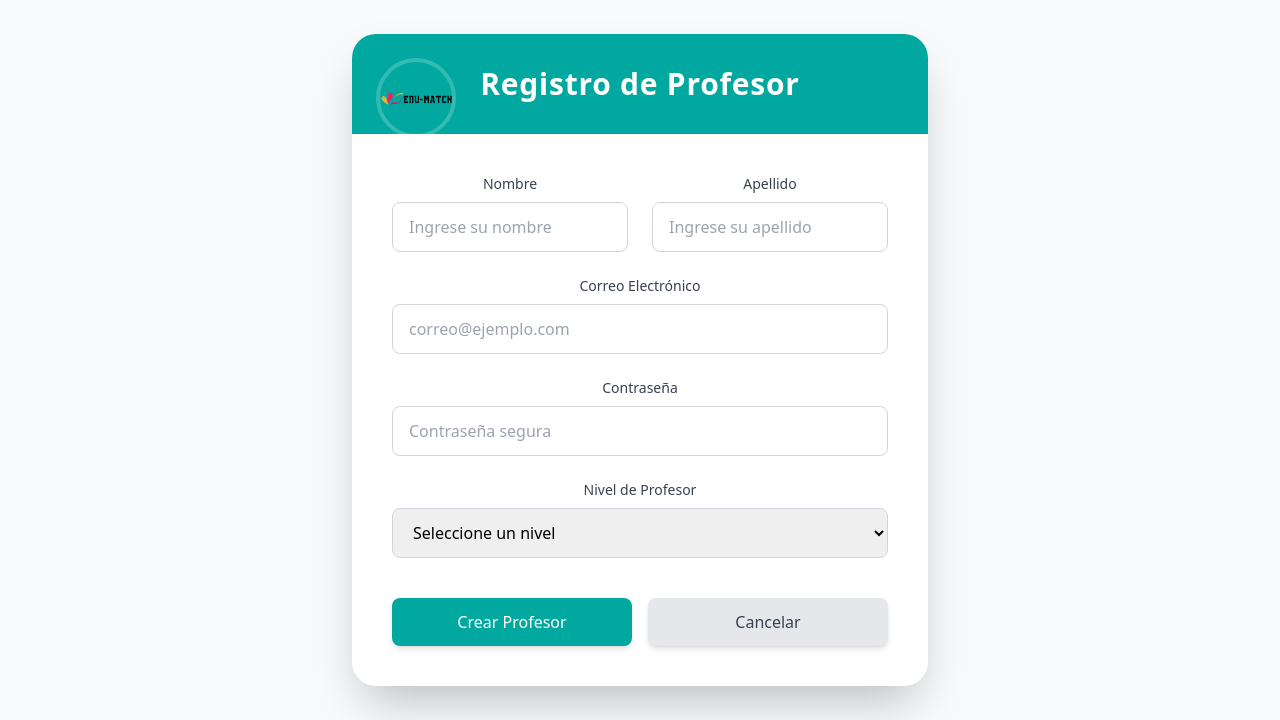
Repository: sofikalpin/EduMatch
Page: /administrador/listaProfesores/nuevoProfesor (app in frontend-sistema-apoyo/frontend-sistema-apoyo/)
These files come from the project's save history. The page is drawn as it stood at one moment and after the next save; the edit follows.
The browser window is 1280 px wide. The pictures show the whole page.
The project was rebuilt for these pictures with package versions that can differ from the ones it lists, and the page was loaded fresh each time. Also part of the build but not shown: frontend-sistema-apoyo/frontend-sistema-apoyo/src/componentes/inicio/Componentes/TopBar.js, frontend-sistema-apoyo/frontend-sistema-apoyo/src/componentes/inicio/Componentes/ProgramDropdown.js, frontend-sistema-apoyo/frontend-sistema-apoyo/src/componentes/inicio/Componentes/Header.js, frontend-sistema-apoyo/frontend-sistema-apoyo/src/componentes/inicio/Componentes/Footer.js, frontend-sistema-apoyo/frontend-sistema-apoyo/src/componentes/inicio/Inicio/Inicio.js, frontend-sistema-apoyo/frontend-sistema-apoyo/src/componentes/login/ForgotPassword.js, frontend-sistema-apoyo/frontend-sistema-apoyo/src/componentes/login/Login.js, frontend-sistema-apoyo/frontend-sistema-apoyo/src/componentes/registrar/Registrar.js and 23 more.

Above is the page before, as saved 2025-02-03 23:00:15.

### frontend-sistema-apoyo/frontend-sistema-apoyo/public/index.html
<!DOCTYPE html>
<html lang="en">
  <head>
    <meta charset="utf-8" />
    <link rel="icon" href="%PUBLIC_URL%/favicon.ico" />
    <meta name="viewport" content="width=device-width, initial-scale=1" />
    <meta name="theme-color" content="#000000" />
    <meta
      name="description"
      content="Web site created using create-react-app"
    />
    <link rel="apple-touch-icon" href="%PUBLIC_URL%/logo192.png" />
    <!--
      manifest.json provides metadata used when your web app is installed on a
      user's mobile device or desktop. See https://developers.google.com/web/fundamentals/web-app-manifest/
    -->
    <link rel="manifest" href="%PUBLIC_URL%/manifest.json" />
    <!--
      Notice the use of %PUBLIC_URL% in the tags above.
      It will be replaced with the URL of the `public` folder during the build.
      Only files inside the `public` folder can be referenced from the HTML.

      Unlike "/favicon.ico" or "favicon.ico", "%PUBLIC_URL%/favicon.ico" will
      work correctly both with client-side routing and a non-root public URL.
      Learn how to configure a non-root public URL by running `npm run build`.
    -->
    <title>React App</title>
  </head>
  <body>
    <noscript>You need to enable JavaScript to run this app.</noscript>
    <div id="root"></div>
    <script src="https://apis.google.com/js/platform.js" async defer></script>
    <!--
      This HTML file is a template.
      If you open it directly in the browser, you will see an empty page.

      You can add webfonts, meta tags, or analytics to this file.
      The build step will place the bundled scripts into the <body> tag.

      To begin the development, run `npm start` or `yarn start`.
      To create a production bundle, use `npm run build` or `yarn build`.
    -->
  </body>
</html>

### frontend-sistema-apoyo/frontend-sistema-apoyo/src/App.js
import React from "react";
import { Routes, Route, Navigate } from "react-router-dom";
import "./App.css";

// Importar los componentes
import Inicio from "./componentes/inicio/Inicio/Inicio";
import Login from "./componentes/login/Login";
import { Registrar } from "./componentes/registrar/Registrar";
import Perfil from "./componentes/Profesor/PerfilProfesor";
import InicioProfesor from "./componentes/inicio/Profesores/profesorini";
import NivelInicial from "./componentes/inicio/Programas/NivelInicial";
import NivelIntermedio from "./componentes/inicio/Programas/NivelIntermedio";
import NivelAvanzado from "./componentes/inicio/Programas/NivelAvanzado";
import Informacion from "./componentes/inicio/Informacion/Informacion";
import ResetPassword from "./componentes/inicio/Inicio/NuevaContra";
import Foro from "./componentes/Foro/Foros";
import Respuesta from "./componentes/Foro/Respuesta";
import NuevaConsulta from "./componentes/Foro/NuevaConsulta"; // Corrige el nombre si es un error tipográfico
import Administrador from "./componentes/Administrador/Administrador";
import ListaProfesores from "./componentes/Administrador/Profesores/listaProfesores";
import NuevoProfesor from "./componentes/Administrador/Profesores/NuevoProfesor/nuevoProfesor";
import EditarProfesor from "./componentes/Administrador/Profesores/EditarProfesor/editProfeso";
import CargarProfesor from "./componentes/Administrador/CargarProfesor/cargarProfesor";

function App() {
  return (
    <div className="App">
      <Routes>
        {/* Rutas públicas */}
        <Route path="/" element={<Inicio />} />
        <Route path="/iniciarsesion" element={<Login />} />
        <Route path="/registrarse" element={<Registrar />} />
        <Route path="/perfil" element={<Perfil />} />
        <Route path="/informacion" element={<Informacion />} />

        {/* Rutas protegidas */}
        <Route path="/inicioprofesor" element={<InicioProfesor />} />
        <Route path="/nivelinicial" element={<NivelInicial />} />
        <Route path="/nivelintermedio" element={<NivelIntermedio />} />
        <Route path="/nivelavanzado" element={<NivelAvanzado />} />
        <Route path="/contra" element={<ResetPassword />} />
        <Route path="/foro" element={<Foro />} />
        <Route path="/respuesta" element={<Respuesta />} />
        <Route path="/consulta" element={<NuevaConsulta />} />
        <Route path="/administrador" element={<Administrador />} />
        <Route path="/administrador/listaProfesores" element={<ListaProfesores />} />
        <Route path="/administrador/listaProfesores/nuevoProfesor" element={<NuevoProfesor />} />
        <Route path="/administrador/editarProfesor" element={<EditarProfesor />} />
        <Route path="/administrador/cargarProfesor" element={<CargarProfesor />} />

        {/* Redirigir rutas no encontradas */}
        <Route path="*" element={<Navigate to="/" />} />
      </Routes>
    </div>
  );
}

export default App;

### frontend-sistema-apoyo/frontend-sistema-apoyo/src/index.css
@tailwind base;
@tailwind components;
@tailwind utilities;
/* Tus estilos personalizados vienen después */
body {
  margin: 0;
  font-family: -apple-system, BlinkMacSystemFont, 'Segoe UI', 'Roboto', 'Oxygen',
    'Ubuntu', 'Cantarell', 'Fira Sans', 'Droid Sans', 'Helvetica Neue',
    sans-serif;
  -webkit-font-smoothing: antialiased;
  -moz-osx-font-smoothing: grayscale;
}

code {
  font-family: source-code-pro, Menlo, Monaco, Consolas, 'Courier New',
    monospace;
}

### frontend-sistema-apoyo/frontend-sistema-apoyo/src/componentes/Administrador/Profesores/NuevoProfesor/nuevoProfesor.js
import React, { useState } from "react";
import logo from "../../../../logo/LogoInicio.png";
import { useNavigate } from "react-router-dom";
import axios from "axios";

export const NuevoProfesor = () => {
  const [email, setEmail] = useState('');
  const [clave, setClave] = useState('');
  const [nombre, setNombre] = useState('');
  const [apellido, setApellido] = useState('');
  const [nivel, setNivel] = useState('');
  const [rol, setRol] = useState('profesor');
  const [mensajeCreado, setmensajeCreado] = useState("");

  const navigate = useNavigate();

  const niveles = {
    A1: 1, A2: 2, B1: 3, B2: 4, C1: 5, C2: 6,
  };

  const cancelar = () => {
    navigate("../listaProfesores", { replace: true })
  }

  const handleRegistrar = async (e) => {
    e.preventDefault();

    if (!nombre || !apellido || !email || !clave || !nivel) {
      alert("Todos los campos son obligatorios");
      return;
    }

    try {
      const nivelId = niveles[nivel];

      const datosProfesor = {
        nombrecompleto: `${nombre.trim()} ${apellido.trim()}`,
        correo: email.trim(),
        contraseñaHash: clave.trim(),
        idnivel: nivelId,
        idrol: 1,
      };

      const response = await axios.post(
        "http://localhost:5228/API/AdministradorProfesor/CrearProfesor",
        datosProfesor
      );

      if (response.data.status) {
        setmensajeCreado("Profesor creado con éxito.");
        setTimeout(() => setmensajeCreado(""), 2000);

        setNombre("");
        setApellido("");
        setEmail("");
        setClave("");
        setNivel("");
      } else {
        alert(response.data.msg || "No se pudo crear el profesor.");
      }
    } catch (error) {
      console.error("Error al registrar profesor:", error);
      alert("Ocurrió un error al registrar el profesor. Por favor, intenta nuevamente.");
    }
  }

  return (
    <div className="min-h-screen bg-gray-50 flex items-center justify-center p-4 font-sans">
      <div className="w-full max-w-xl bg-white shadow-2xl rounded-3xl overflow-hidden">
        {/* Header */}
        <div className="bg-[#00A89F] p-8 text-center relative">
          <div className="absolute left-6 top-6">
            <img
              src={logo}
              alt="Logo"
              className="w-20 h-20 object-contain rounded-full border-4 border-white/20"
            />
          </div>
          <h3 className="text-3xl font-bold text-white tracking-wide">
            Registro de Profesor
          </h3>
        </div>

        {/* Success Message */}
        {mensajeCreado && (
          <div className="bg-[#00A89F] text-white text-center p-4 animate-pulse">
            {mensajeCreado}
          </div>
        )}

        {/* Form */}
        <form onSubmit={handleRegistrar} className="p-10 space-y-6">
          <div className="grid grid-cols-2 gap-6">
            <div>
              <label className="block text-sm font-medium text-gray-700 mb-2">
                Nombre
              </label>
              <input
                value={nombre}
                onChange={(e) => setNombre(e.target.value)}
                type="text"
                className="w-full px-4 py-3 border border-gray-300 rounded-lg focus:outline-none focus:ring-2 focus:ring-[#00A89F] transition-all duration-300"
                placeholder="Ingrese su nombre"
              />
            </div>
            <div>
              <label className="block text-sm font-medium text-gray-700 mb-2">
                Apellido
              </label>
              <input
                value={apellido}
                onChange={(e) => setApellido(e.target.value)}
                type="text"
                className="w-full px-4 py-3 border border-gray-300 rounded-lg focus:outline-none focus:ring-2 focus:ring-[#00A89F] transition-all duration-300"
                placeholder="Ingrese su apellido"
              />
            </div>
          </div>

          <div>
            <label className="block text-sm font-medium text-gray-700 mb-2">
              Correo Electrónico
            </label>
            <input
              value={email}
              onChange={(e) => setEmail(e.target.value)}
              type="email"
              className="w-full px-4 py-3 border border-gray-300 rounded-lg focus:outline-none focus:ring-2 focus:ring-[#00A89F] transition-all duration-300"
              placeholder="correo@ejemplo.com"
            />
          </div>

          <div>
            <label className="block text-sm font-medium text-gray-700 mb-2">
              Contraseña
            </label>
            <input
              value={clave}
              onChange={(e) => setClave(e.target.value)}
              type="password"
              className="w-full px-4 py-3 border border-gray-300 rounded-lg focus:outline-none focus:ring-2 focus:ring-[#00A89F] transition-all duration-300"
              placeholder="Contraseña segura"
            />
          </div>

          <div>
            <label className="block text-sm font-medium text-gray-700 mb-2">
              Nivel de Profesor
            </label>
            <select
              value={nivel}
              onChange={(e) => setNivel(e.target.value)}
              className="w-full px-4 py-3 border border-gray-300 rounded-lg focus:outline-none focus:ring-2 focus:ring-[#00A89F] transition-all duration-300"
            >
              <option value="" disabled>Seleccione un nivel</option>
              <option value="A1">A1: Principiante</option>
              <option value="A2">A2: Básico</option>
              <option value="B1">B1: Pre-intermedio</option>
              <option value="B2">B2: Intermedio</option>
              <option value="C1">C1: Intermedio-alto</option>
              <option value="C2">C2: Avanzado</option>
            </select>
          </div>

          <div className="flex space-x-4 pt-4">
            <button
              type="submit"
              className="w-full py-3 bg-[#00A89F] text-white rounded-lg
                         hover:bg-opacity-90 transition-all duration-300
                         transform hover:scale-[1.01] shadow-md hover:shadow-lg"
            >
              Crear Profesor
            </button>
            <button
              type="button"
              onClick={cancelar}
              className="w-full py-3 bg-gray-200 text-gray-700 rounded-lg
                         hover:bg-gray-300 transition-all duration-300
                         transform hover:scale-[1.01] shadow-md hover:shadow-lg"
            >
              Cancelar
            </button>
          </div>
        </form>
      </div>
    </div>
  );
};

export default NuevoProfesor;

Loaded but not shown: frontend-sistema-apoyo/frontend-sistema-apoyo/src/index.js (common file); frontend-sistema-apoyo/frontend-sistema-apoyo/src/App.css (common file); frontend-sistema-apoyo/frontend-sistema-apoyo/tailwind.config.js (common file)

After the next save:
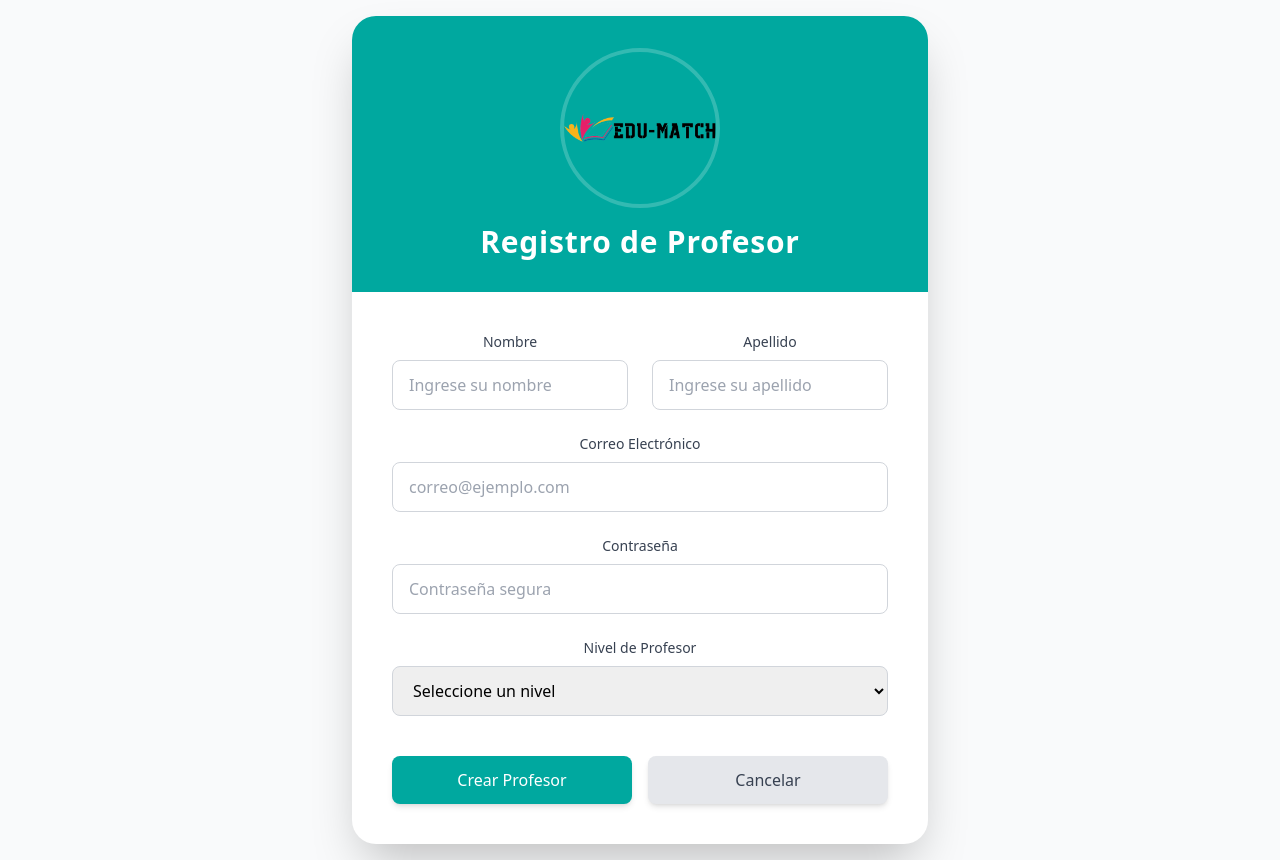
Saved 97 s later.
--- a/frontend-sistema-apoyo/frontend-sistema-apoyo/src/componentes/Administrador/Profesores/NuevoProfesor/nuevoProfesor.js
+++ b/frontend-sistema-apoyo/frontend-sistema-apoyo/src/componentes/Administrador/Profesores/NuevoProfesor/nuevoProfesor.js
@@ -68,14 +68,12 @@ export const NuevoProfesor = () => {
     <div className="min-h-screen bg-gray-50 flex items-center justify-center p-4 font-sans">
       <div className="w-full max-w-xl bg-white shadow-2xl rounded-3xl overflow-hidden">
         {/* Header */}
-        <div className="bg-[#00A89F] p-8 text-center relative">
-          <div className="absolute left-6 top-6">
-            <img
-              src={logo}
-              alt="Logo"
-              className="w-20 h-20 object-contain rounded-full border-4 border-white/20"
-            />
-          </div>
+        <div className="bg-[#00A89F] p-8 text-center relative flex flex-col items-center">
+          <img
+            src={logo}
+            alt="Logo"
+            className="w-40 h-40 object-contain rounded-full border-4 border-white/20 mb-4"
+          />
           <h3 className="text-3xl font-bold text-white tracking-wide">
             Registro de Profesor
           </h3>
